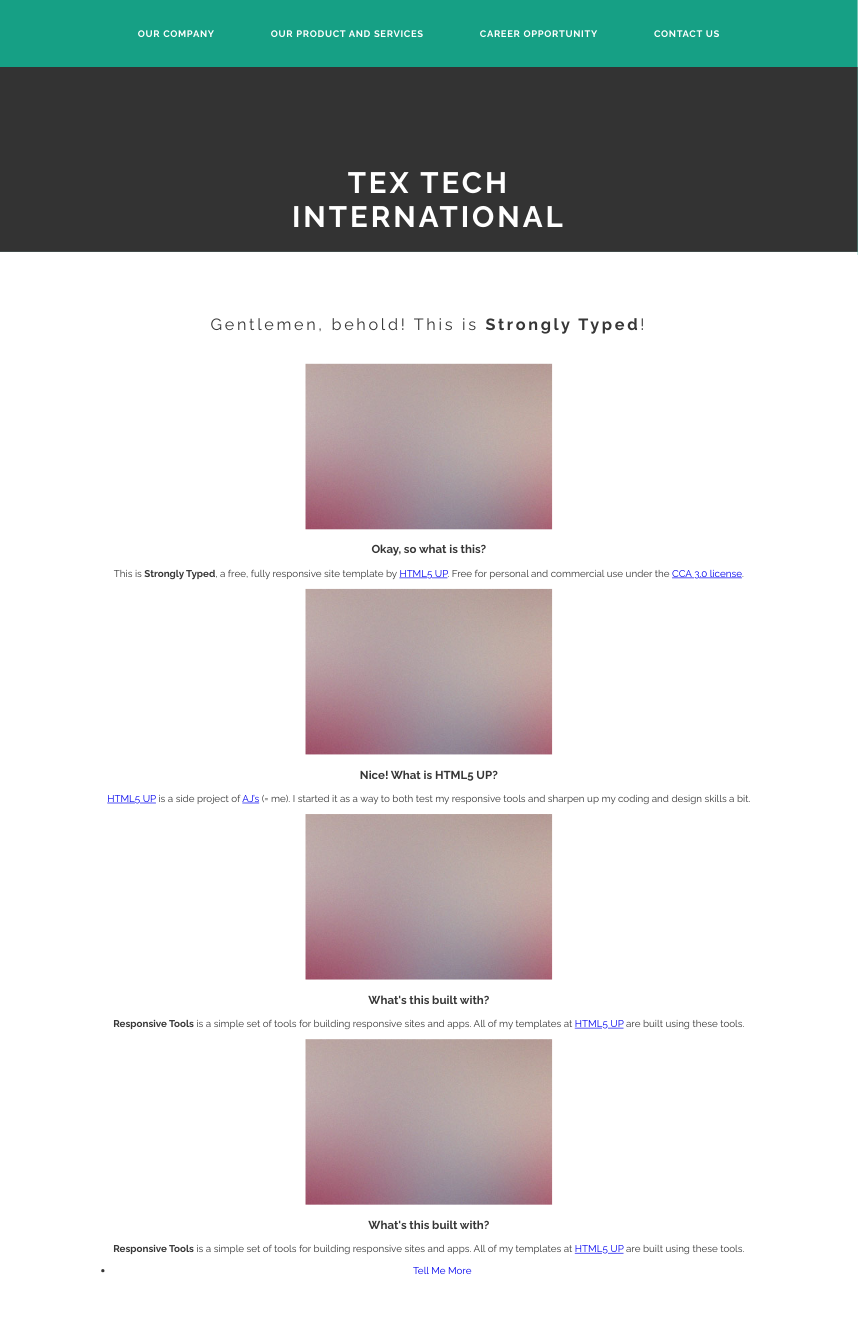
Repository: asifdotpy/demo_webpage
Page: contact_us.html
An editor plug-in stored every save of this project. The page is shown before and after a run of saves, followed by the edit.
The browser window is 1280 px wide. The pictures show the whole page, at 67% of full size.

Above is the page before, as saved 2021-01-26 01:09:01.

After the next 3 saves:
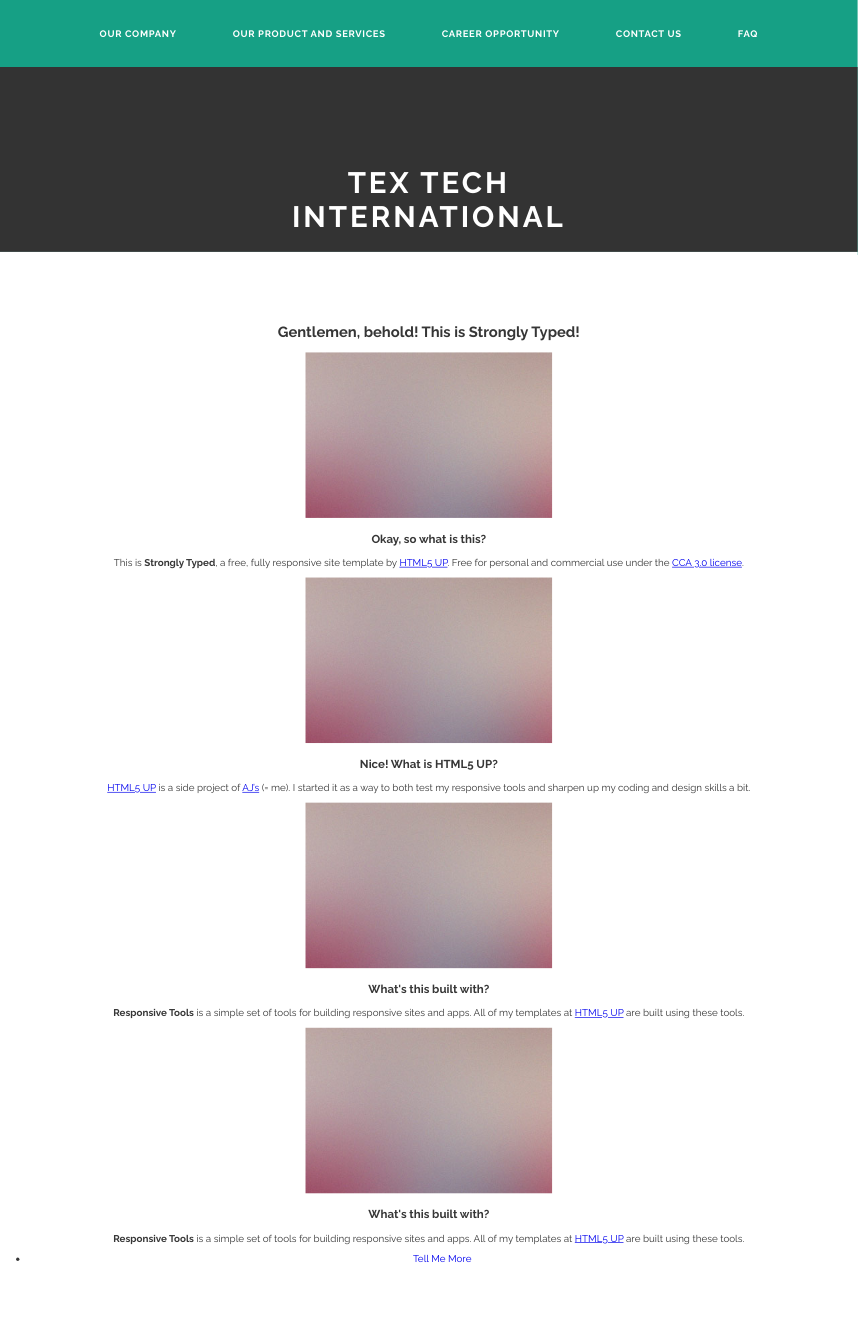
The 3 saves are shown as one change because they came seconds apart.
The last was saved 33 s later.
--- a/css/contact_us.css
+++ b/css/contact_us.css
@@ -129,13 +129,15 @@
     margin-bottom: 0;
 }
 
-/* Container */
+/* Container
 
 .container {
 	margin: 0 auto;
 	max-width: 100%;
 	width: 70em;
 }
+
+
 
 
 	h2 {

After the save that followed:
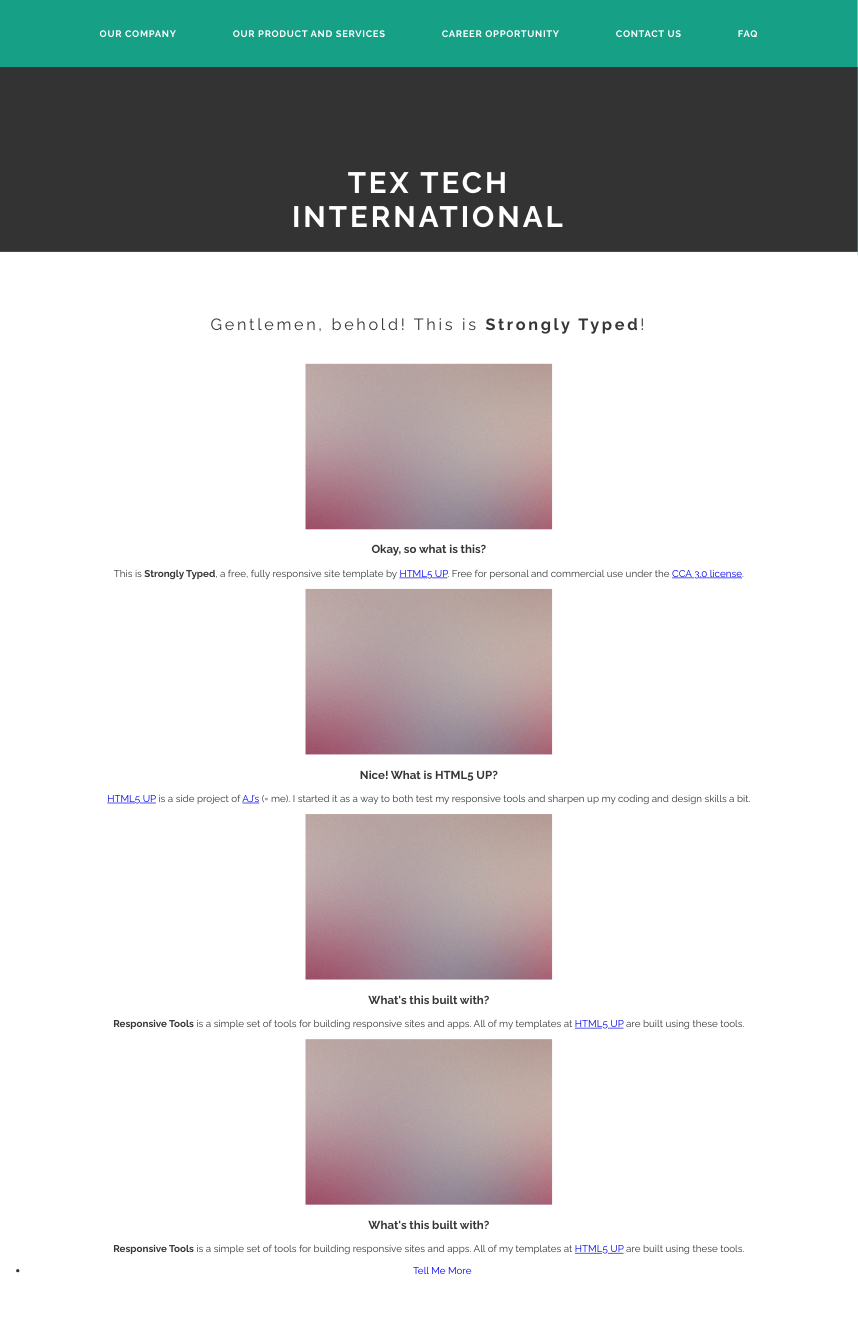
Saved 4 s later.
--- a/css/contact_us.css
+++ b/css/contact_us.css
@@ -137,7 +137,7 @@
 	width: 70em;
 }
 
-
+*/
 
 
 	h2 {
